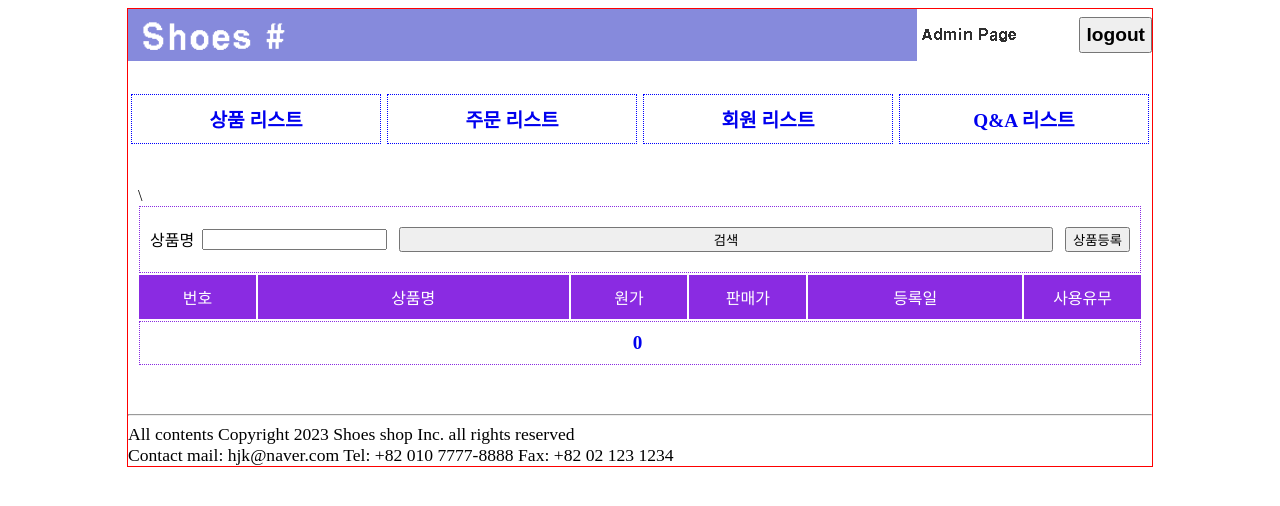
Repository: kkm41/SQL
Page: http://localhost/WEB12_ShoesShop/admin/product/productList.jsp
An editor plug-in stored every save of this project. The page is shown before and after the next save, followed by the edit.
The browser window is 1280 px wide. The pictures show the whole page.
The page is served by Tomcat 10. Other server files are loaded and not shown. The template is opened directly, without the code that normally fills it, so the values that code supplies are empty.

Above is the page before, as saved 2024-05-23 06:09:42.

### workspace/WEB12_ShoesShop/src/main/webapp/admin/product/productList.jsp
<%@ page language="java" contentType="text/html; charset=UTF-8"
    pageEncoding="UTF-8"%>
<%@include file="/admin/header.jsp" %>

<!-- 경로가 '/' 로 시작하면 가장 상위 폴더로부터 표시되는 절대 경로로 인식됩니다 -->
<!-- 아래와 같이 상대경로로 표시할수도 있습니다 -->
<%-- <%@inclue file="../sub_menu.jsp"%> --%>
<%@include file="/admin/sub_menu.jsp" %>

<article>
	<form method="post" name="frm">
	\<div class="tb">
		<div class="row">
			<div class="col" style="display:flex; align-items:center;">
				상품명 &nbsp; <input type="text" name="key" value="${key}"/>
				&nbsp;&nbsp;&nbsp;
				<input class="btn" type="button" name="btn_search" value="검색"
					onClick="go_search('adminProductList')"/>
				&nbsp;&nbsp;&nbsp;
				<input type="button" style ="margin-left:auto;" value="상품등록">
			</div>
		</div>
		<div class="row">
			<div class="coltitle">번호</div>
			<div class="coltitle">상품명</div>
			<div class="coltitle">원가</div>
			<div class="coltitle">판매가</div>
			<div class="coltitle">등록일</div>
			<div class="coltitle">사용유무</div>
		</div>
		<c:forEach items="${productList}" var="productVO">
			<div class="row">
				<div class="col">${productVO.pseq}</div>
				<div class="col">${productVO.name}</div>
				<div class="col"><fmt:formatNumber value="${productVO.price1}"/></div>
				<div class="col"><fmt:formatNumber value="${productVO.price2}"/></div>
				<div class="col"><fmt:formatDate value="${productVO.indate}"/></div>
				<div class="col">
					<c:choose>
				<c:when test='${productVO.useyn=="N"}'>미사용</c:when>
				<c:otherwise>사용</c:otherwise>
					</c:choose>
			</div>
		</div>
		</c:forEach>
		<jsp:include page="/admin/paging/paging.jsp">
		 <jsp:param value="shop.do?command=adminProductList" name="address"></jsp:param>
		</jsp:include>


	</div>
	</form>
</article>



<%@include file="/admin/footer.jsp" %>

### workspace/WEB12_ShoesShop/src/main/webapp/admin/header.jsp
<%@ page language="java" contentType="text/html; charset=UTF-8"
    pageEncoding="UTF-8"%>
<%@taglib prefix="c" uri="http://java.sun.com/jsp/jstl/core"%>
<%@taglib prefix="fmt" uri="http://java.sun.com/jsp/jstl/fmt"%>
<!DOCTYPE html>
<html>
<head>
<meta charset="UTF-8">
<title>Insert title here</title>
<link rel="stylesheet" href="admin/css/admin.css">
<script src="admin/script/admin.js"></script>
</head>
<body>

<div id="wrap">
	<header>
		<div id="logo">
			<img style="width:800px" src="admin/images/bar_01.gif">
			<img src="admin/images/text.gif">
			<input class="btn" type="button" value="logout" style="float:right;"
				onClick="location.href='shop.do?command=adminLogout'">
		</div>
	</header>

### workspace/WEB12_ShoesShop/src/main/webapp/admin/sub_menu.jsp
<%@ page language="java" contentType="text/html; charset=UTF-8"
    pageEncoding="UTF-8"%>
<meta charset="UTF-8">

<nav id="sub_menu">
	<div><a href="shop.do?command=adminProductList">상품 리스트</a></div>
	<div><a href="shop.do?command=adminOrderList">주문 리스트</a></div>
	<div><a href="shop.do?command=adminMemberList">회원 리스트</a></div>
	<div><a href="shop.do?command=adminQnaList">Q&A 리스트</a></div>
</nav>

### workspace/WEB12_ShoesShop/src/main/webapp/admin/footer.jsp
<%@ page language="java" contentType="text/html; charset=UTF-8"
    pageEncoding="UTF-8"%>

<footer><hr>
	<div id="copy">
		All contents Copyright 2023 Shoes shop Inc. all rights reserved<br>
		Contact mail: hjk@naver.com Tel: +82 010 7777-8888 Fax: +82 02 123 1234 &nbsp;



	</div>


</footer>



</body>
</html>

### workspace/WEB12_ShoesShop/src/main/webapp/admin/paging/paging.jsp
<%@ page language="java" contentType="text/html; charset=UTF-8"
    pageEncoding="UTF-8"%>
<%@taglib prefix="c" uri="http://java.sun.com/jsp/jstl/core" %>

<c:url var="action" value="${param.address}"/>
				<div class="row"> <!-- 페이지의 시작 -->
					<div class="col">

						<div style="font-size:120%; font-weight:bold;">
							<c:if test="${paging.prev}">
								<a href="${action}&page=${paging.beginPage-1}">◀</a>&nbsp;
							</c:if>
							<c:forEach begin="${paging.beginPage}" end="${paging.endPage}" var="index">
									<c:if test="${index==paging.page}">
									<span style="color:red">${index}&nbsp;</span>
									</c:if>
									<c:if test="${index!=paging.page}">
										<a href="${action}&page=${index}">${index}&nbsp;</a>
									</c:if>
							</c:forEach>
							<c:if test="${paging.next}">
								&nbsp;<a href="${action}&page=${paging.endPage+1}">▶</a>&nbsp;
							</c:if>

						</div>
					</div>
				</div><!-- 페이지의 끝 -->

### workspace/WEB12_ShoesShop/src/main/webapp/admin/css/admin.css
@charset "UTF-8";


#wrap{width:100%; max-width:1024px; margin: 0 auto; border:1px solid red;
display:flex; flex-direction:column;}

a{text-decoration:none;}

article{
   /*border:2px solid dimgray;
   margin:2px;*/
   flex:4;
   display: flex;

}

article form{
   flex:1;
   /*border:2px solid red;
   margin:2px;*/
   display: flex;
   flex-direction: column;
}

article form h2{
   margin:0;
   margin-bottom:20px;
   font-weight: normal;
   font-size: 28px;
}

article form{padding:10px;}

article form .field{
   display: flex;
   margin:10px 0;
}
article form .field label{
   flex:1;
}
article form .field input{
   flex:4;
   padding: 5px;
    border-radius: 3px;
    border: 1px solid #AAA;
}

article form .field div{
   flex:4;
   display: flex;
}
article form .field div input[type=text]{
   flex:4;
}
article form .field div input[type=button]{
   flex:1;
}






article form .btn{
   flex:1;
   display: flex;
   margin:10px 0;
}
article form .btn input{
   flex:1;
   margin:10px 3px;
   background-color: blueviolet;
   border:none;
   color:white;
   border-radius: 5px;
   padding:10px 0;
}


header{width:100%; margin-bottom:30px;}
#logo{width:100%; display:flex; justify-content:space-between; align-items:center;}
#logo img{vertical-align:middle;}
#logo input{padding:5px; font-weight:bold; font-size:120%;}

#sub_menu{display:flex; justify-content:space-between; align-items:center; margin-bottom:30px;}
#sub_menu div{flex:1; text-align:center; padding:10px; border:1px dotted blue; margin:3px;}
#sub_menu div a{font-size:120%; font-weight:bold; text-decoration:none;}

.tb{width:100%; display:flex; flex-direction:column; margin-bottom:30px;}
.row{display:flex;}
.coltitle{background:blueviolet; margin:1px; padding:10px; color:white; text-align:center;}
.col{flex:1; border:1px dotted blueviolet; margin:1px; padding:10px; text-align:center;}

.coltitle:nth-child(1), .col:nth-child(1){flex:1;}
.coltitle:nth-child(2), .col:nth-child(2){flex:3;}
.coltitle:nth-child(3), .col:nth-child(3){flex:1;}
.coltitle:nth-child(4), .col:nth-child(4){flex:1;}
.col:nth-child(3), .col:nth-child(4){text-align:right;}
.coltitle:nth-child(5), .col:nth-child(5){flex:2;}
.coltitle:nth-child(6), .col:nth-child(6){flex:1;}
footer{width:100%;}
footer div{font-size:110%;}

### workspace/WEB12_ShoesShop/src/main/webapp/admin/script/admin.js
function loginCheck(){
	if(document.loginForm.userid.value==""){
		alert("아이디를 입력하세요");
		document.loginForm.userid.focus();
		return false;
	}else if(document.loginForm.pwd.value==""){
		alert("패스워드를 입력하세요");
		document.loginForm.pwd.focus();
		return false;
	}else{
		return true;
	}


}


function go_search(command){
	var url="shop.do?command=" + command + "&page=1";
	document.frm.action = url;
	document.frm.submit();


}

After the next save:
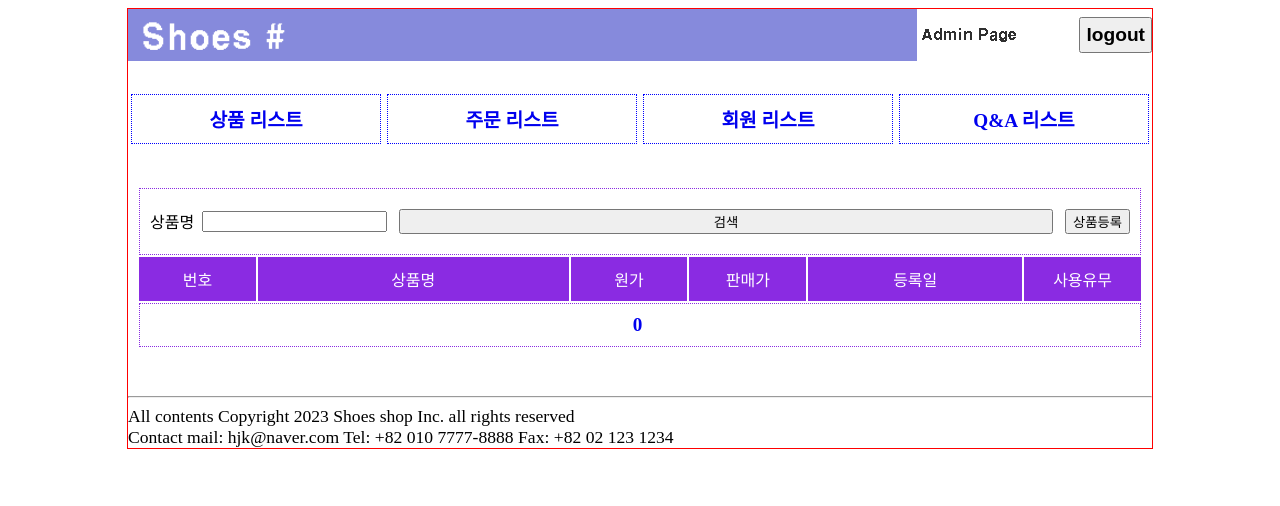
Saved 22 s later.
--- a/workspace/WEB12_ShoesShop/src/main/webapp/admin/product/productList.jsp
+++ b/workspace/WEB12_ShoesShop/src/main/webapp/admin/product/productList.jsp
@@ -9,7 +9,7 @@
 
 <article>
 	<form method="post" name="frm">
-	\<div class="tb">
+	<div class="tb">
 		<div class="row">
 			<div class="col" style="display:flex; align-items:center;">
 				상품명 &nbsp; <input type="text" name="key" value="${key}"/>
